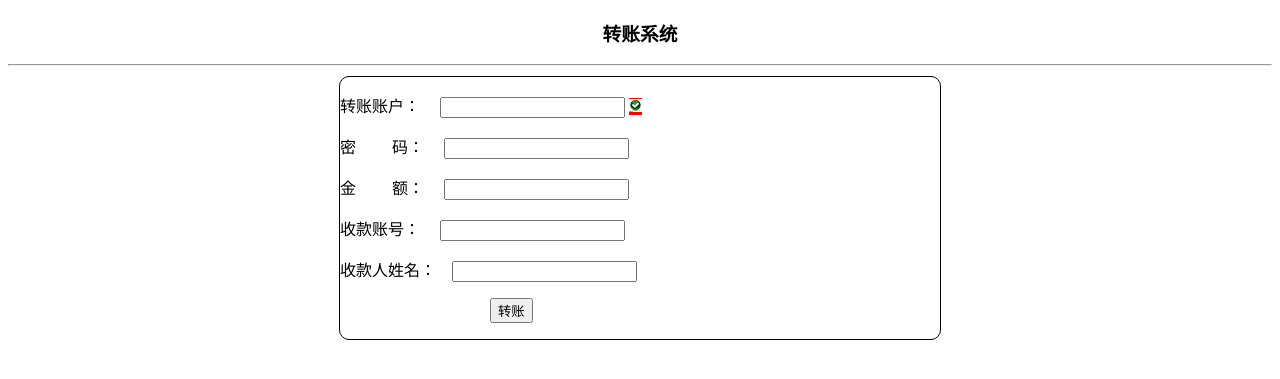
Repository: 99708/java_EE
Page: http://localhost/ssm_bank/
These files come from the project's save history. The page is drawn as it stood at one moment and after the next save; the edit follows.
The browser window is 1280 px wide. The pictures show the whole page.
The page is served by Tomcat 9.

Above is the page before, as saved 2018-11-16 13:56:10.

After the next save:
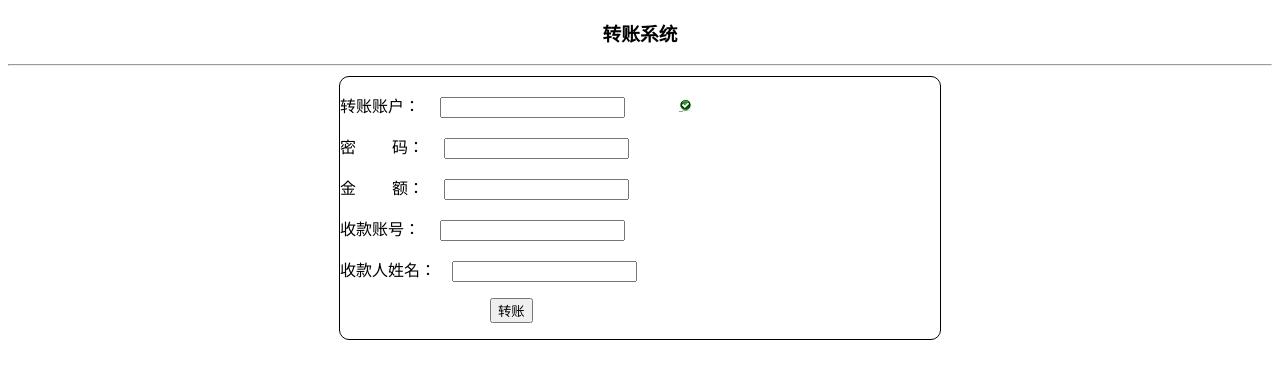
Saved 43 s later.
--- a/ssm_bank/WebContent/index.jsp
+++ b/ssm_bank/WebContent/index.jsp
@@ -16,7 +16,7 @@
 		<form action="moneyServlet.servlet" method="post">
 			<p>
 				转账账户：　 <input id="aid" name="aid" type="text" value="" />
-				<span id="aidSpan" style="background: red;"><img alt="" src="images/right.jpg"/></span> <br />
+				<span id="aidSpan" style="margin-left: 50px"><img alt="" src="images/right.jpg"/></span> <br />
 			</p>
 			<p>
 				密　　 码： 　<input id="apwd" name="apwd" type="text" value="" />
